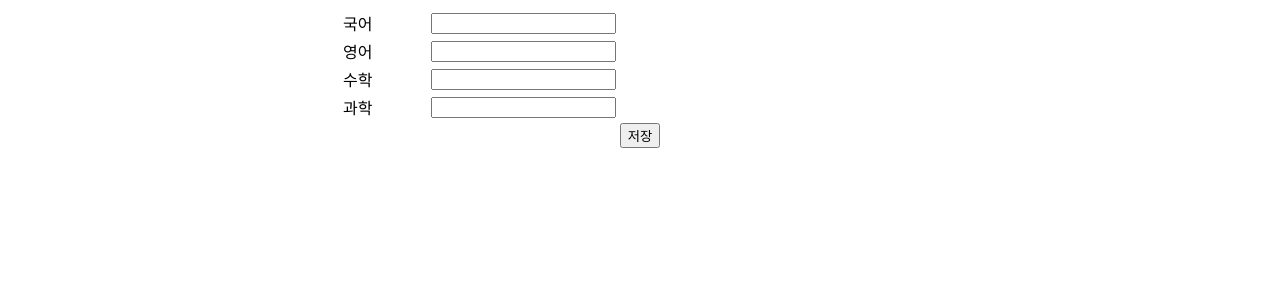
Repository: Billy-Jin/jsp
Page: http://localhost/sungview/input.jsp
An editor plug-in stored every save of this project. The page is shown before and after the next save, followed by the edit.
The browser window is 1280 px wide. The pictures show the whole page.
The page is served by Tomcat 9.

Above is the page before, as saved 2020-12-07 08:27:35.

### jsp/sungview/WebContent/input.jsp
<%@ page language="java" contentType="text/html; charset=UTF-8"
    pageEncoding="UTF-8"%>
<!DOCTYPE html>
<html>
<head>
<meta charset="UTF-8">
<title>Insert title here</title>
</head>
<body>
	<form method="post" action="input_ok.jsp">
		<table width="600" align="center">
		<tr>
			<td>국어</td>
			<td><input type="text" name="kor"> </td>
		</tr>
		<tr>
			<td>영어</td>
			<td><input type="text" name="eng"> </td>
		</tr>
		<tr>
			<td>수학</td>
			<td><input type="text" name="mat"> </td>
		</tr>
		<tr>
			<td>과학</td>
			<td><input type="text" name="sci"> </td>
		</tr>
		<tr>
		    <td colspan="2" align="center">
      		<input type="submit" value="저장">
		</td>
		</tr>
		</table>

	</form>
</body>
</html>

After the next save:
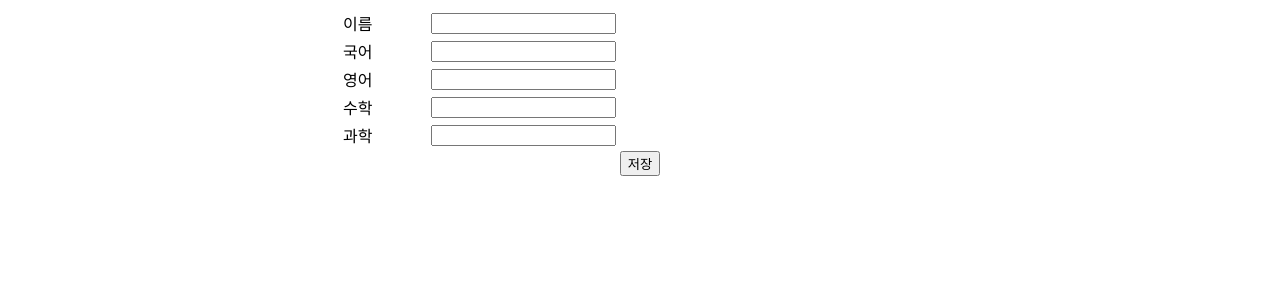
Saved 6 min 37 s later.
--- a/jsp/sungview/WebContent/input.jsp
+++ b/jsp/sungview/WebContent/input.jsp
@@ -9,6 +9,10 @@
 <body>
 	<form method="post" action="input_ok.jsp">
 		<table width="600" align="center">
+		<tr>
+			<td>이름</td>
+			<td><input type="text" name="name"> </td>
+		</tr>
 		<tr>
 			<td>국어</td>
 			<td><input type="text" name="kor"> </td>
